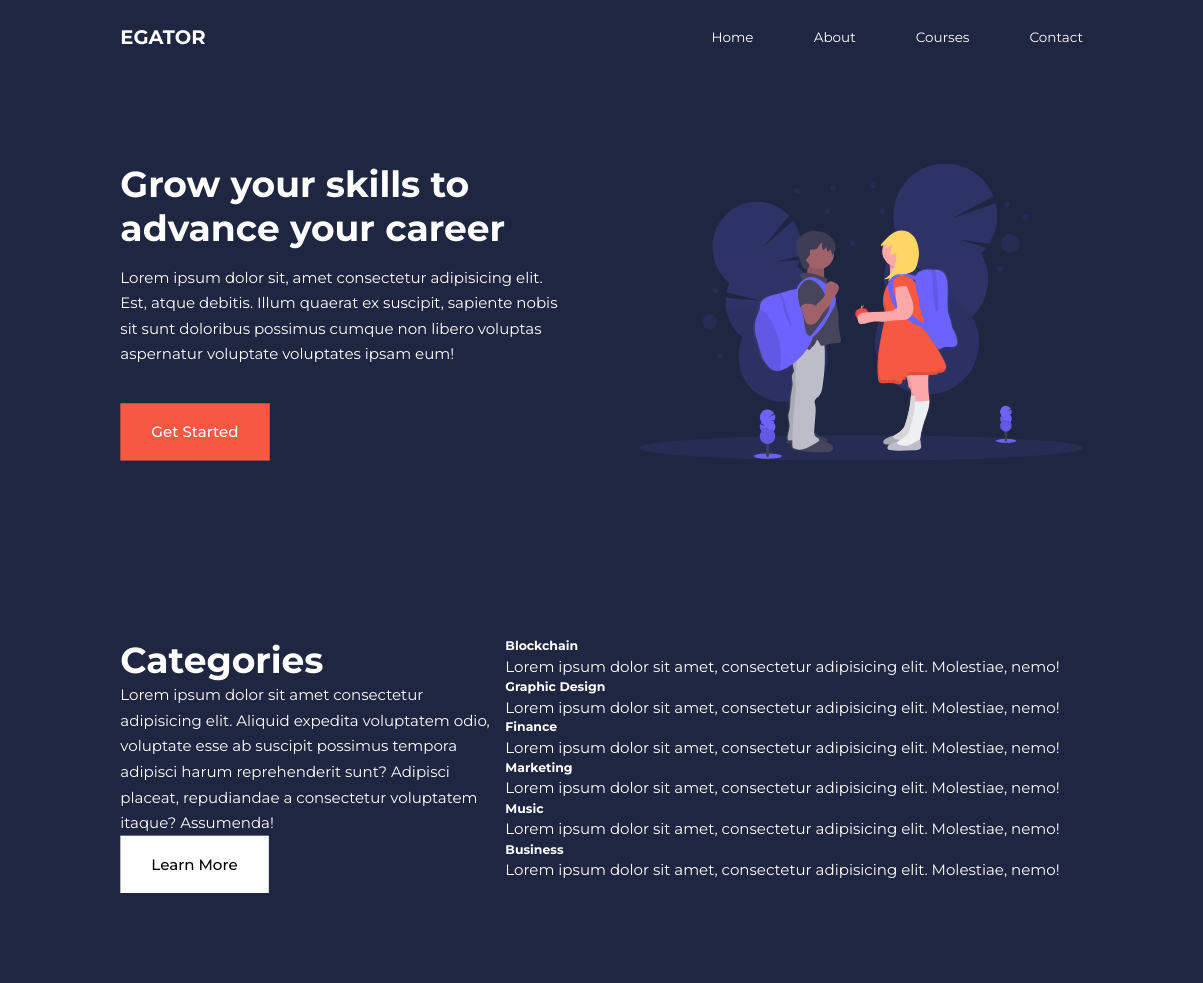
Repository: QUANGTHAI2003/education-web
Page: index.html
An editor plug-in stored every save of this project. The page is shown before and after the next save, followed by the edit.
The browser window is 1280 px wide. The pictures show the whole page, at 94% of full size.
Some icons come from a web library that is not loaded, so they are not drawn.

Above is the page before, as saved 2022-03-11 11:48:58.

### index.html
<!DOCTYPE html>
<html lang="en">
    <head>
        <meta charset="UTF-8" />
        <meta http-equiv="X-UA-Compatible" content="IE=edge" />
        <meta name="viewport" content="width=device-width, initial-scale=1.0" />
        <title>Responsive Multipage Education</title>
        <!-- ICONSCOUT CDN -->
        <link
            rel="stylesheet"
            href="https://unicons.iconscout.com/release/v2.1.6/css/unicons.css"
        />
        <!-- GOOGLE FONTS -->
        <link rel="preconnect" href="https://fonts.googleapis.com" />
        <link rel="preconnect" href="https://fonts.gstatic.com" crossorigin />
        <link
            href="https://fonts.googleapis.com/css2?family=Montserrat:wght@300;400;500;600;700;800;900&family=Poppins:wght@300;400;600&display=swap"
            rel="stylesheet"
        />

        <link rel="stylesheet" href="./css/style.css" />
    </head>
    <body>
        <nav>
            <div class="container nav__container">
                <a href="index.html">
                    <h4>EGATOR</h4>
                </a>
                <ul class="nav__menu">
                    <li><a href="index.html">Home</a></li>
                    <li><a href="about.html">About</a></li>
                    <li><a href="courses.html">Courses</a></li>
                    <li><a href="contact.html">Contact</a></li>
                </ul>
                <button id="open-menu-btn">
                    <i class="uil uil-bars"></i>
                </button>
                <button id="close-menu-btn">
                    <i class="uil uil-multiply"></i>
                </button>
            </div>
        </nav>
        <!-- END OF NAVBAR -->
        <header>
            <div class="container header__container">
                <div class="header__left">
                    <h1>Grow your skills to advance your career</h1>
                    <p>
                        Lorem ipsum dolor sit, amet consectetur adipisicing elit. Est, atque
                        debitis. Illum quaerat ex suscipit, sapiente nobis sit sunt doloribus
                        possimus cumque non libero voluptas aspernatur voluptate voluptates ipsam
                        eum!
                    </p>
                    <a href="courses.html" class="btn btn-primary">Get Started</a>
                </div>
                <div class="header__right">
                    <div class="header__right-image">
                        <img src="./images/header.svg" />
                    </div>
                </div>
            </div>
        </header>
        <!-- END OF HEADER -->
        <section class="categories">
            <div class="container categories__container">
                <div class="categories__left">
                    <h1>Categories</h1>
                    <p>
                        Lorem ipsum dolor sit amet consectetur adipisicing elit. Aliquid expedita
                        voluptatem odio, voluptate esse ab suscipit possimus tempora adipisci harum
                        reprehenderit sunt? Adipisci placeat, repudiandae a consectetur voluptatem
                        itaque? Assumenda!
                    </p>
                    <a href="#" class="btn">Learn More</a>
                </div>
                <div class="categories__right">
                    <article class="category">
                        <span class="category__icon">
                            <i class="uil uil-bitcoin-circle"></i>
                        </span>
                        <h5>Blockchain</h5>
                        <p>
                            Lorem ipsum dolor sit amet, consectetur adipisicing elit. Molestiae,
                            nemo!
                        </p>
                    </article>
                    <article class="category">
                        <span class="category__icon">
                            <i class="uil uil-palette"></i>
                        </span>
                        <h5>Graphic Design</h5>
                        <p>
                            Lorem ipsum dolor sit amet, consectetur adipisicing elit. Molestiae,
                            nemo!
                        </p>
                    </article>
                    <article class="category">
                        <span class="category__icon">
                            <i class="uil uil-usd-circle"></i>
                        </span>
                        <h5>Finance</h5>
                        <p>
                            Lorem ipsum dolor sit amet, consectetur adipisicing elit. Molestiae,
                            nemo!
                        </p>
                    </article>
                    <article class="category">
                        <span class="category__icon">
                            <i class="uil uil-megaphone"></i>
                        </span>
                        <h5>Marketing</h5>
                        <p>
                            Lorem ipsum dolor sit amet, consectetur adipisicing elit. Molestiae,
                            nemo!
                        </p>
                    </article>
                    <article class="category">
                        <span class="category__icon">
                            <i class="uil uil-music"></i>
                        </span>
                        <h5>Music</h5>
                        <p>
                            Lorem ipsum dolor sit amet, consectetur adipisicing elit. Molestiae,
                            nemo!
                        </p>
                    </article>
                    <article class="category">
                        <span class="category__icon">
                            <i class="uil uil-puzzle-piece"></i>
                        </span>
                        <h5>Business</h5>
                        <p>
                            Lorem ipsum dolor sit amet, consectetur adipisicing elit. Molestiae,
                            nemo!
                        </p>
                    </article>
                </div>
            </div>
        </section>
    </body>
</html>

### css/style.css
* {
    margin: 0;
    padding: 0;
    border: 0;
    outline: 0;
    text-decoration: none;
    list-style: none;
    box-sizing: border-box;
}

:root {
    --color-primary: #6c63ff;
    --color-success: #00bf8e;
    --color-warning: #f7c94b;
    --color-danger: #f75842;
    --color-danger-variant: rgba(247, 88, 66, 0.4);
    --color-white: #fff;
    --color-light: rgba(255, 255, 255, 0.7);
    --color-black: #000;
    --color-bg: #1f2641;
    --color-bg1: #2e3267;
    --color-bg2: #424890;

    --container-width-lg: 80%;
    --container-width-md: 90%;
    --container-width-sm: 94%;

    --transition: all 400ms ease;
}

body {
    font-family: 'Montserrat', sans-serif;
    line-height: 1.7;
    color: var(--color-white);
    background: var(--color-bg);
}

.container {
    width: var(--container-width-lg);
    margin: 0 auto;
}

section {
    padding: 6rem 0;
}

section h2 {
    text-align: center;
    margin-bottom: 4rem;
}

h1,
h2,
h3,
h4,
h5 {
    line-height: 1.2;
}

h1 {
    font-size: 2.4rem;
}

h2 {
    font-size: 2rem;
}

h3 {
    font-size: 1.3rem;
}

h4 {
    font-size: 1.3rem;
}

a {
    color: var(--color-white);
}

img {
    width: 100%;
    display: block;
    object-fit: cover;
}

.btn {
    display: inline-block;
    background: var(--color-white);
    color: var(--color-black);
    padding: 1rem 2rem;
    border: 1px solid transparent;
    font-weight: 500;
    transition: var(--transition);
}

.btn:hover {
    background: transparent;
    color: var(--color-white);
    border-color: var(--color-white);
}

.btn-primary {
    background: var(--color-danger);
    color: var(--color-white);
}

/* ================= NAVBAR =================*/
nav {
    background: transparent;
    width: 100vw;
    height: 5rem;
    position: fixed;
    top: 0;
    z-index: 11;
}

.nav__container {
    height: 100%;
    display: flex;
    justify-content: space-between;
    align-items: center;
}

nav button {
    display: none;
}

.nav__menu {
    display: flex;
    align-items: center;
    gap: 4rem;
}

.nav__menu a {
    font-size: 0.9rem;
    transition: var(--transition);
}

.nav__menu a:hover {
    color: var(--color-bg2);
}

/* ================= HEADER =================*/
header {
    position: relative;
    top: 5rem;
    overflow: hidden;
    height: 70vh;
    margin-bottom: 5rem;
}

.header__container {
    display: grid;
    grid-template-columns: repeat(2, 1fr);
    align-items: center;
    gap: 5rem;
    height: 100%;
}

.header__left p {
    margin: 1rem 0 2.4rem;
}

/* ================= CATEGORIES =================*/
.categories {
    background: var(--color-bg);
}


.categories__container {
    display: grid;
    grid-template-columns: 40% 60%
}

After the next save:
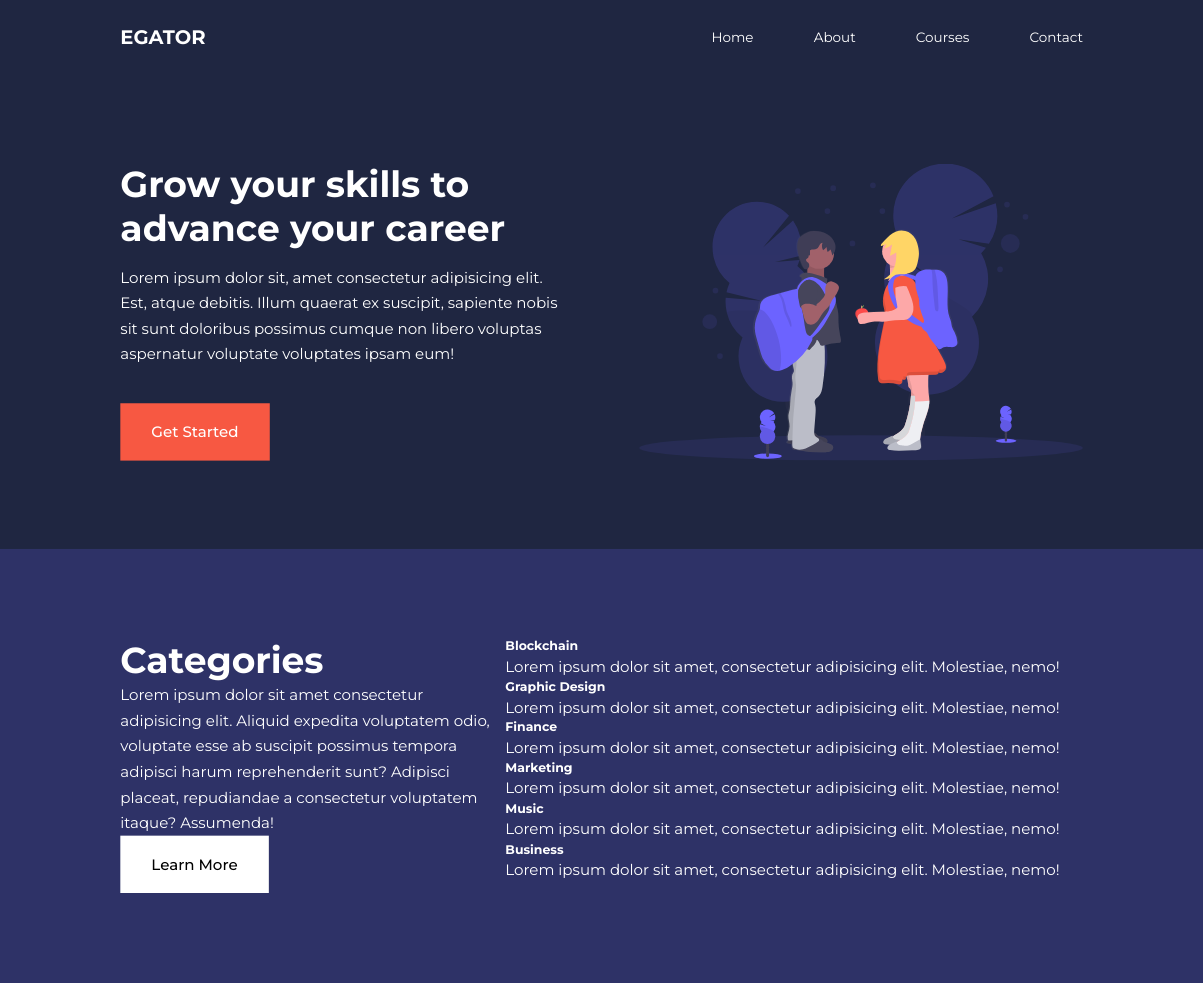
Saved 8 s later.
--- a/css/style.css
+++ b/css/style.css
@@ -163,7 +163,7 @@ header {
 
 /* ================= CATEGORIES =================*/
 .categories {
-    background: var(--color-bg);
+    background: var(--color-bg1);
 }
 
 
